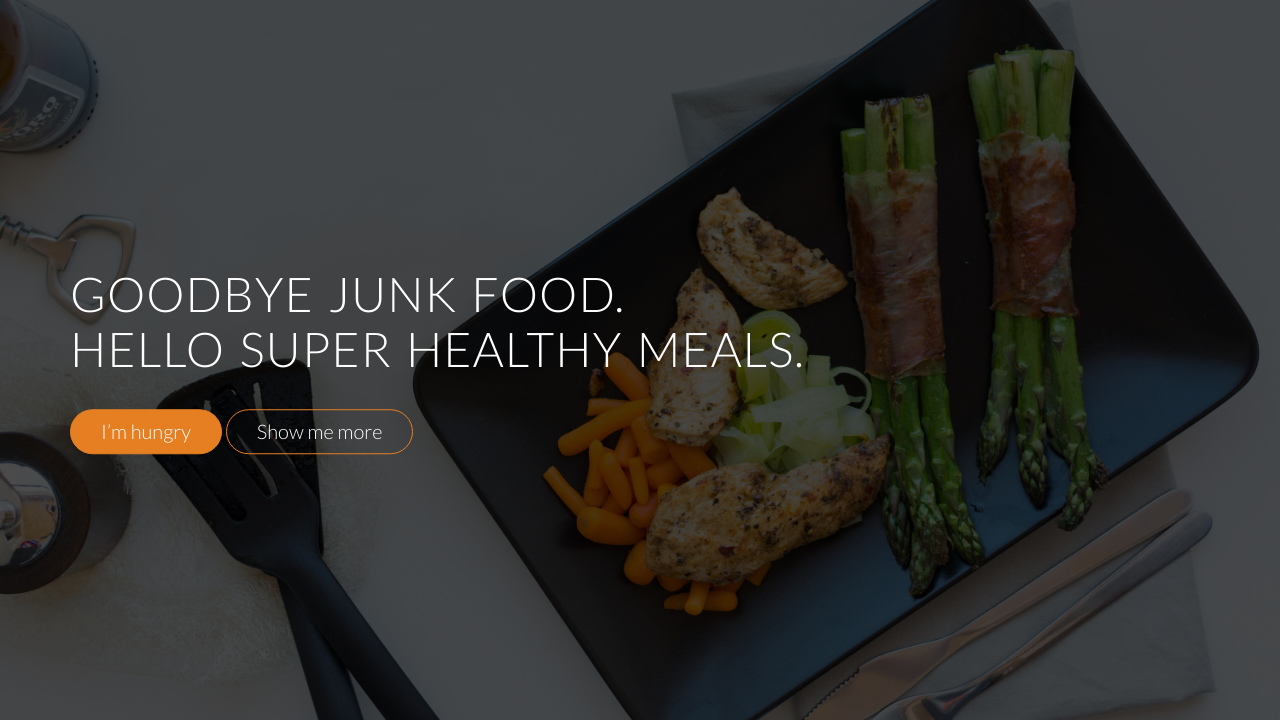
Repository: MalgorzataMazur/Omnifood
Page: index.html
An editor plug-in stored every save of this project. The page is shown before and after the next save, followed by the edit.
The browser window is 1280 px wide. The pictures show the whole page.

Above is the page before, as saved 2019-10-23 21:01:27.

After the next save:
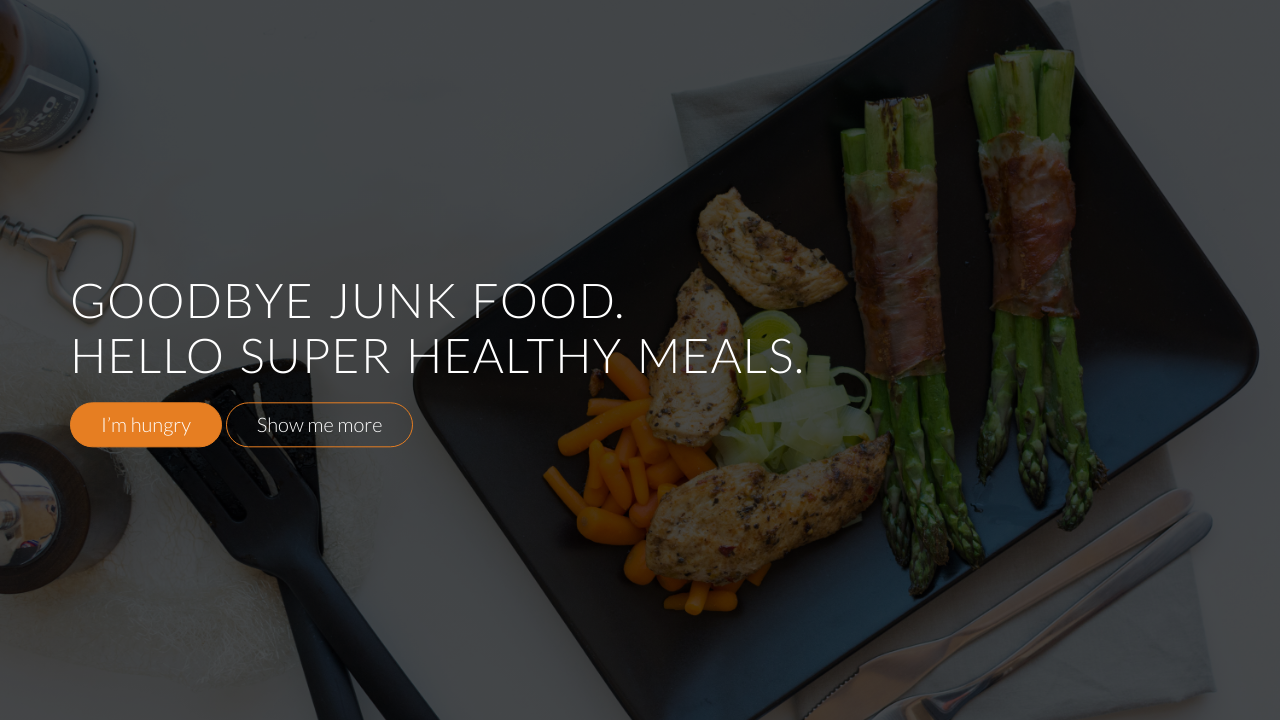
Saved 20 s later.
--- a/resources/css/style.css
+++ b/resources/css/style.css
@@ -35,7 +35,7 @@ header {
 
 h1 {
     margin-top: 0;
-    margin-bottom: ;
+    margin-bottom: 20px;
     color: #fff;
     font-size: 240%;
     font-weight: 300;
